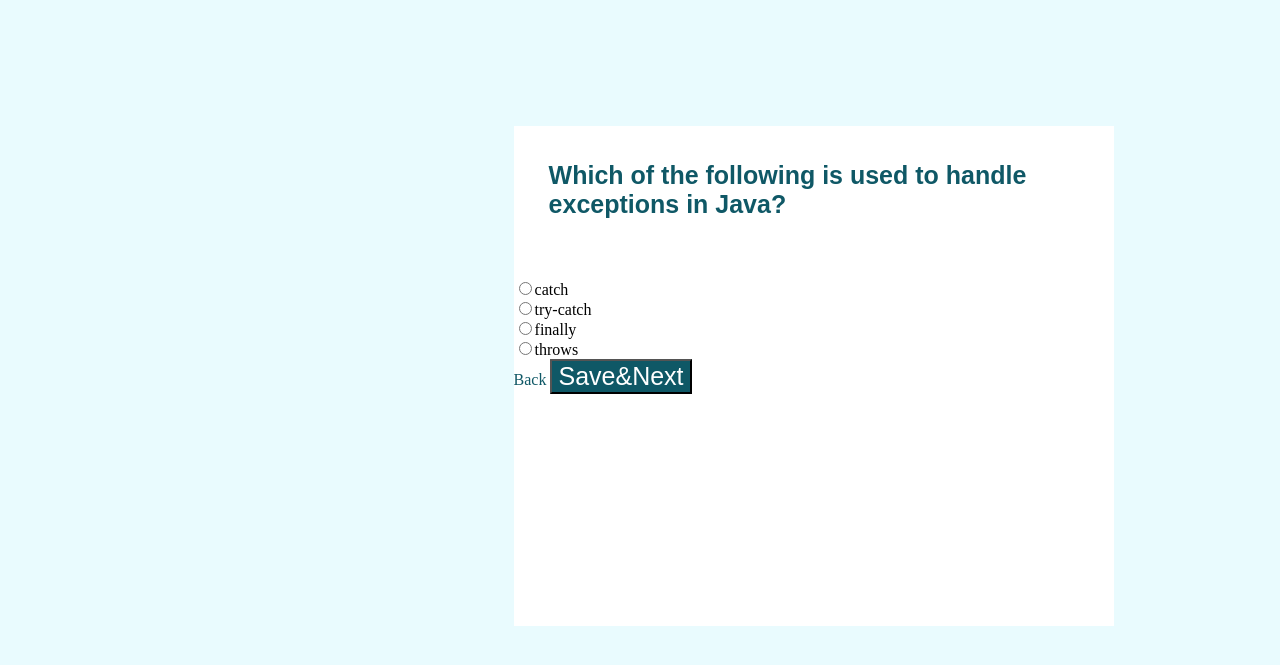
Repository: Rupali-8062Chourasiya5279/Internship_Task_Rupali
Page: Programming Language/quiz/QuizApp/src/main/webapp/First.html
An editor plug-in stored every save of this project. The page is shown before and after the next save, followed by the edit.
The browser window is 1280 px wide. The pictures show the whole page.

Above is the page before, as saved 2025-01-24 13:39:05.

### Programming Language/quiz/QuizApp/src/main/webapp/First.html
<!DOCTYPE html>
<html>
<head>
<meta charset="UTF-8">
<title>Que1</title>
<style>
body
{
background-color: #7ce0f4;
}
#div1
{
background-color: white;
height :500px ;
width : 600px;
margin-left: 40%;
margin-top: 10%;
}
 h3
 {
 padding:35px;
 font: bold;
 color: #0f5866;
 font-family: sans-serif;
 font-size: 25px;
 }
 a{
 text-decoration: none;
 color: #0f5866;
 }
 #sub
 {
 font: bold;
 color: white;
 background-color:#0f5866;
 font-family: sans-serif;
 font-size: 25px;
 }
 body
 {
 background-color: #e9fbfe;
 }
</style>
</head>
<body>
	<form action="First">
	<div id="div1">
	<h3>Which of the following is used to handle exceptions in Java?</h3>
	<input type="radio" name="q1" value="catch">catch</input><br>
	<input type="radio" name="q1" value="try-catch">try-catch</input><br>
	<input type="radio" name="q1" value="finally">finally</input><br>
	<input type="radio" name="q1" value="throws">throws</input><br>
	<a href="rules.html">Back</a>
	<input id = "sub" type="submit" value="Save&Next">
	</div>
	</form>
</body>
</html>

After the next save:
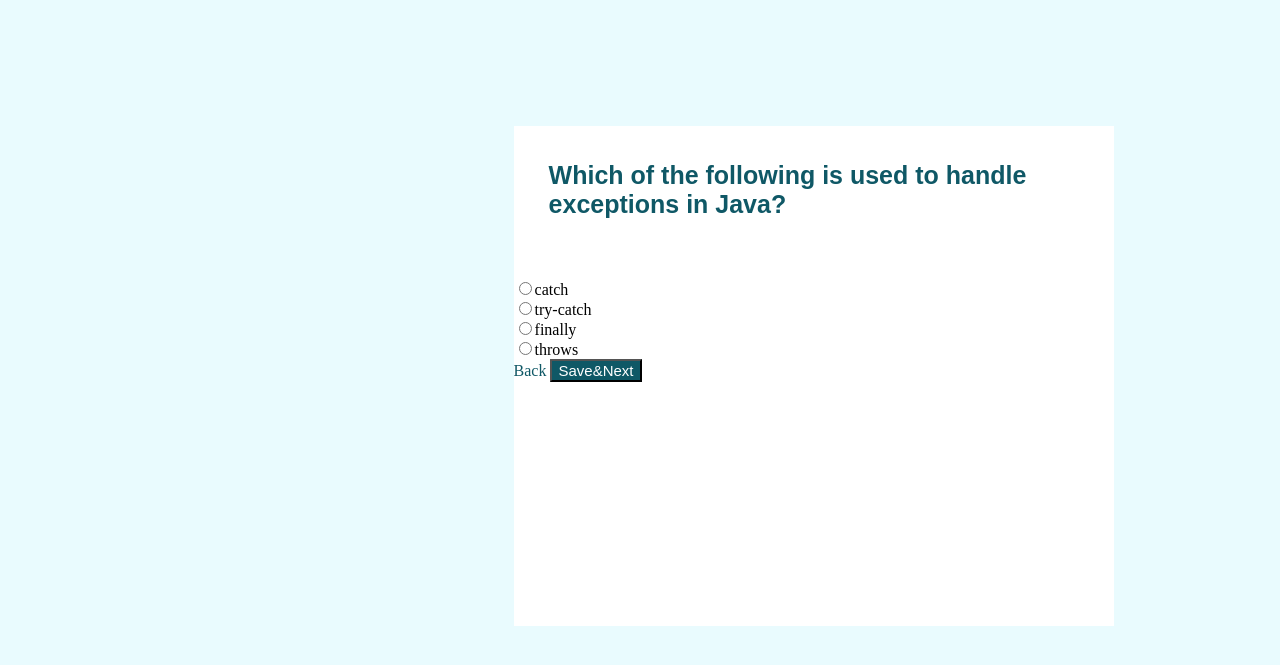
Saved 11 s later.
--- a/Programming Language/quiz/QuizApp/src/main/webapp/First.html
+++ b/Programming Language/quiz/QuizApp/src/main/webapp/First.html
@@ -34,7 +34,7 @@ margin-top: 10%;
  color: white;
  background-color:#0f5866;
  font-family: sans-serif;
- font-size: 25px;
+ font-size: 15px;
  }
  body
  {
